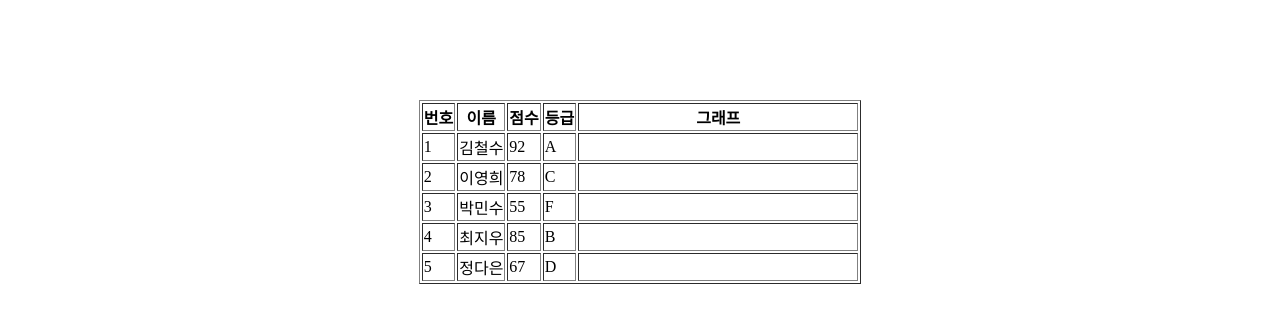
Repository: kkw3202/Jsp2026
Page: http://localhost/chapter01/example_score.jsp
An editor plug-in stored every save of this project. The page is shown before and after the next save, followed by the edit.
The browser window is 1280 px wide. The pictures show the whole page.
The page is served by Tomcat 9.

Above is the page before, as saved 2026-10-16 04:39:07.

After the next save:
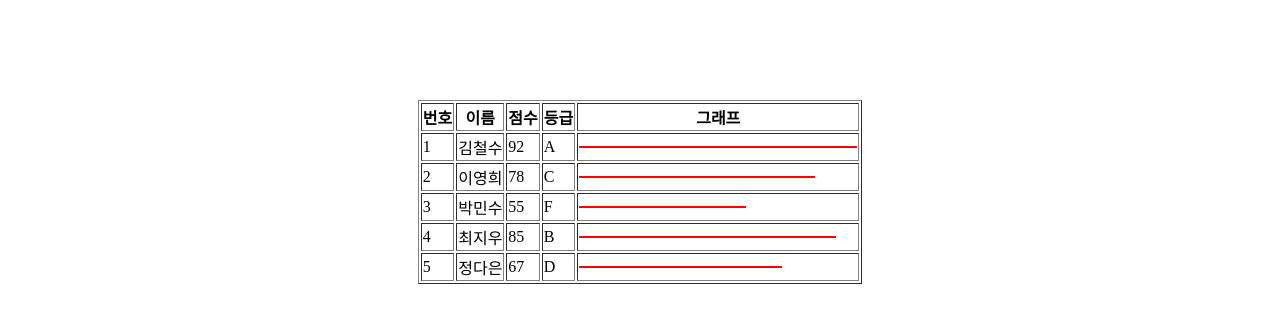
Saved 36 s later.
--- a/chapter01/src/main/webapp/example_score.jsp
+++ b/chapter01/src/main/webapp/example_score.jsp
@@ -11,6 +11,7 @@
 	}
 	div{
 		background-color: blue;
+		border: 1px solid red;
 	}
 </style>
 </head>
